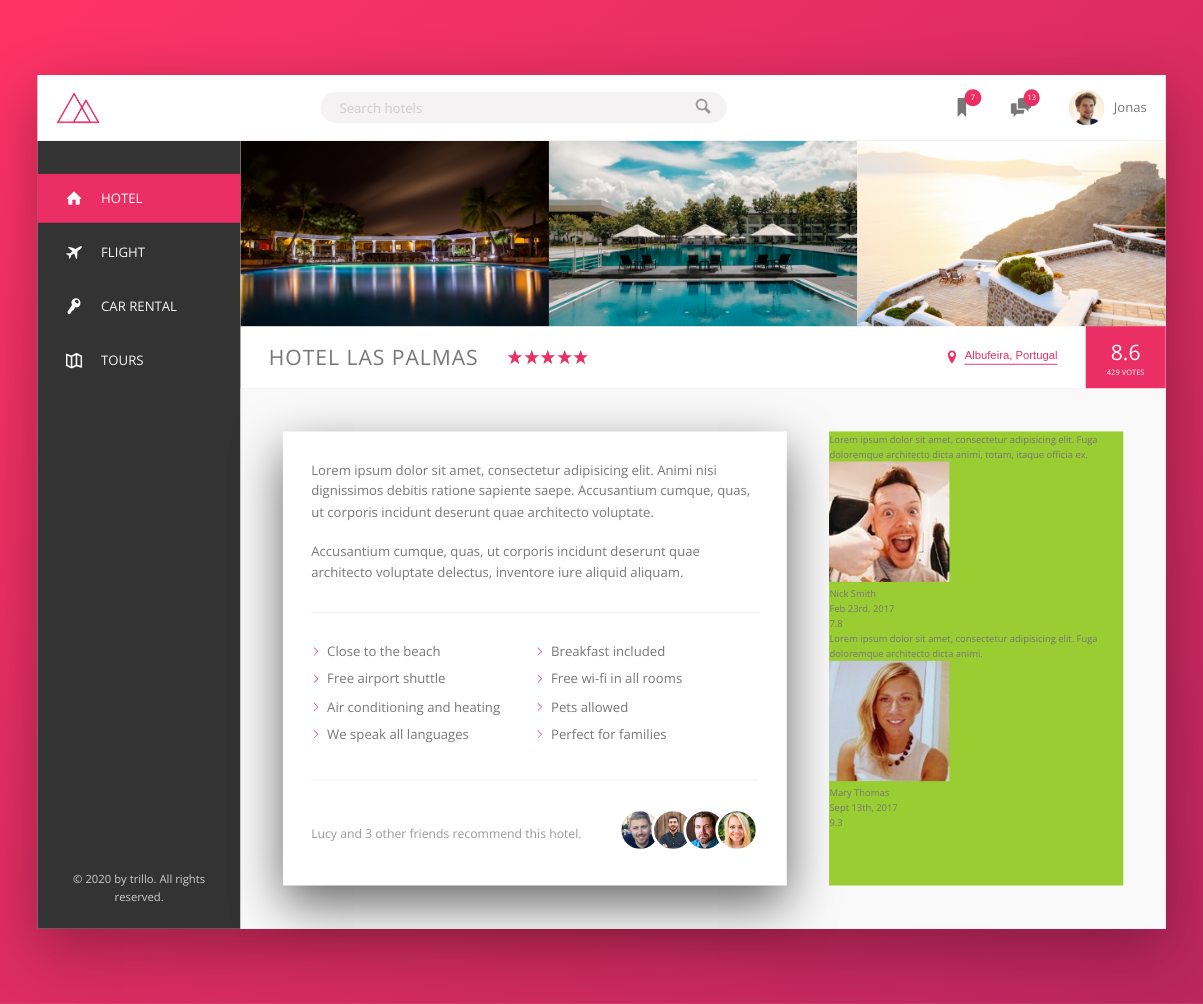
Repository: Lithium87/Trillo
Page: index.html
An editor plug-in stored every save of this project. The page is shown before and after the next save, followed by the edit.
The browser window is 1280 px wide. The pictures show the whole page, at 94% of full size.
The style sheet was rebuilt from its Sass, Less or Tailwind sources for each picture, by a compiler version that may differ from the author's.

Above is the page before, as saved 2020-05-17 01:13:54.

After the next save:
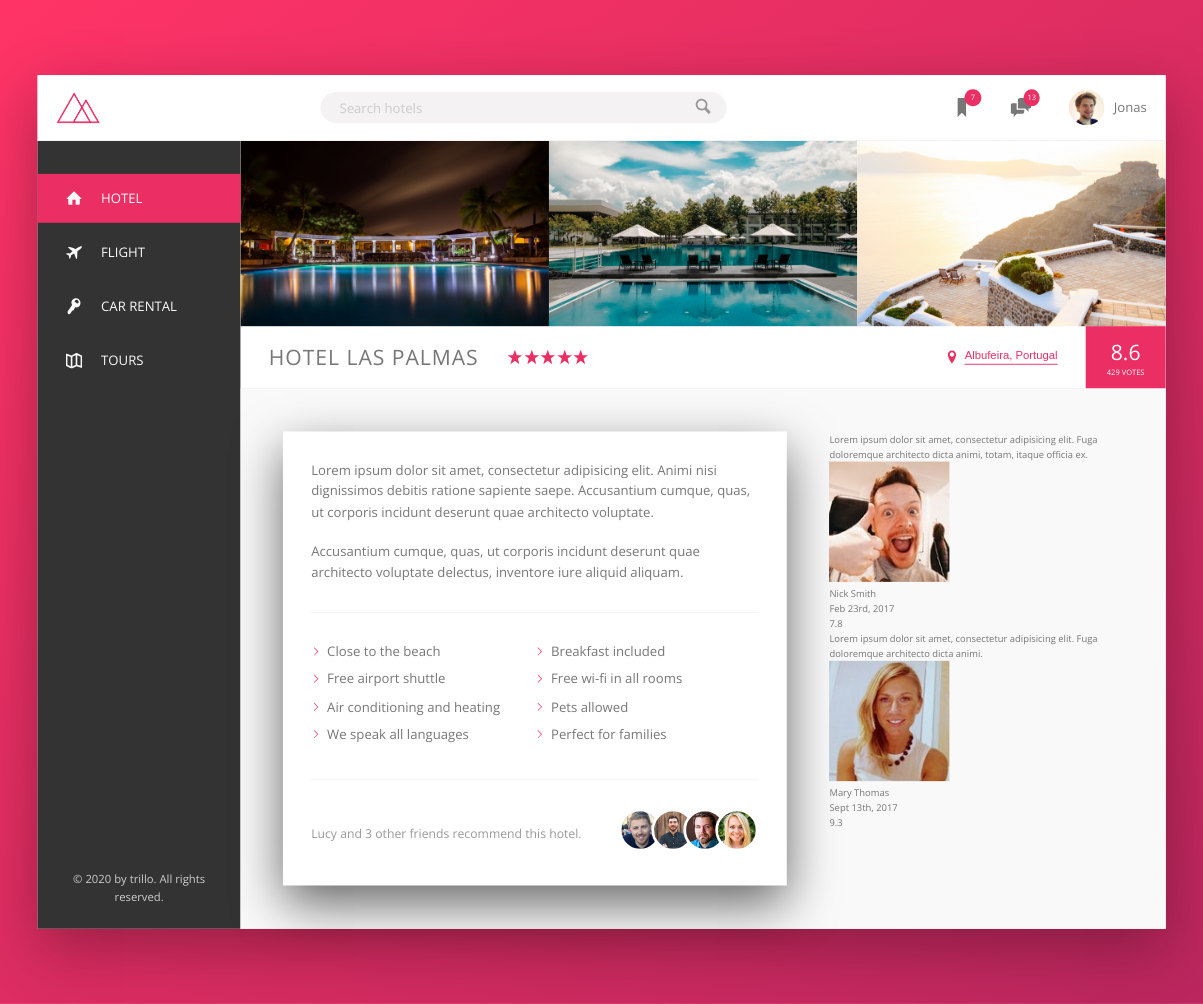
Saved 2 min 44 s later.
--- a/sass/_layout.scss
+++ b/sass/_layout.scss
@@ -50,6 +50,5 @@
 }
 
 .user-reviews {
-    background-color: yellowgreen;
     flex: 1;
 }
